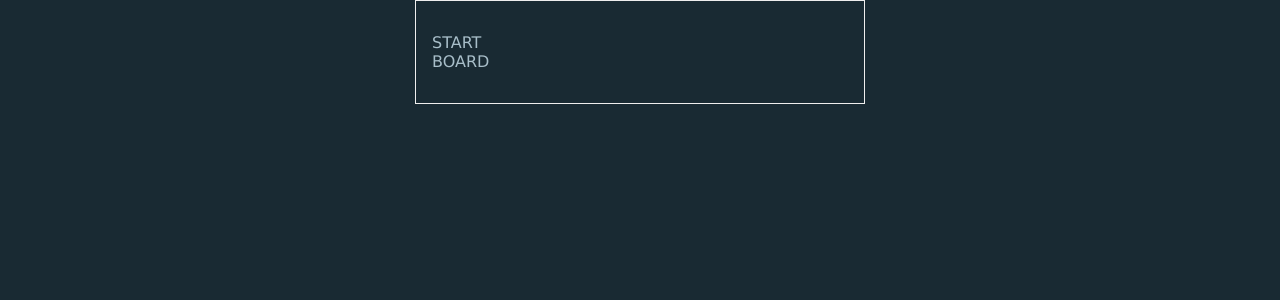
Repository: SD-Mdouka/XO_GAME
Page: /
The author's editor kept a copy of each file at every save. The page is drawn from the files as they stood at one save, then again after the next save.
The browser window is 1280 px wide. The pictures show the whole page.
The project was rebuilt for these pictures with package versions that can differ from the ones it lists, and the page was loaded fresh each time.

Above is the page before, as saved 2022-08-29 13:30:56.

### src/index.css
* {
    padding: 0;
    margin: 0;
    box-sizing: border-box;
}

:root {
    --color-bg-dark: #192a33;
    --color-bg-light: #1f3640;
    --color-gray: #a8bec9;
    --color-gray-dark: #7a8991;
    --color-yellow: #f2b238;
    --color-yellow-dark: #cd8d16;
    --color-blue: #30c4be;
    --color-blue-dark: #128c89;
}

html {
    font-family: "Lucida Sans", "Lucida Sans Regular", "Lucida Grande", "Lucida Sans Unicode", Geneva, Verdana, sans-serif;
    text-transform: uppercase;
    font-size: 16px;
}

body {
    background-color: var(--color-bg-dark);
    color: var(--color-gray);
}

.App {
    background-color: #021620;
    min-height: auto;
}

.container {
    max-width: 450px;
    width: 100%;
    margin-inline: auto;
    border: 1px solid #eee;
    padding: 2rem 1rem;
}

### src/App.js
import Board from "./component/board/Board";
import Start from "./component/start/Start";

function App() {
  return (
    <div className="container">
      <Start />
      <Board />
    </div>
  );
}

export default App;

### src/component/start/Start.js
import React from 'react'

const Start = () => {
  return (
    <div>Start</div>
  )
}

export default Start

Loaded but not shown: public/index.html (common file); src/index.js (common file); src/component/board/Board.js (common file)

After the next save:
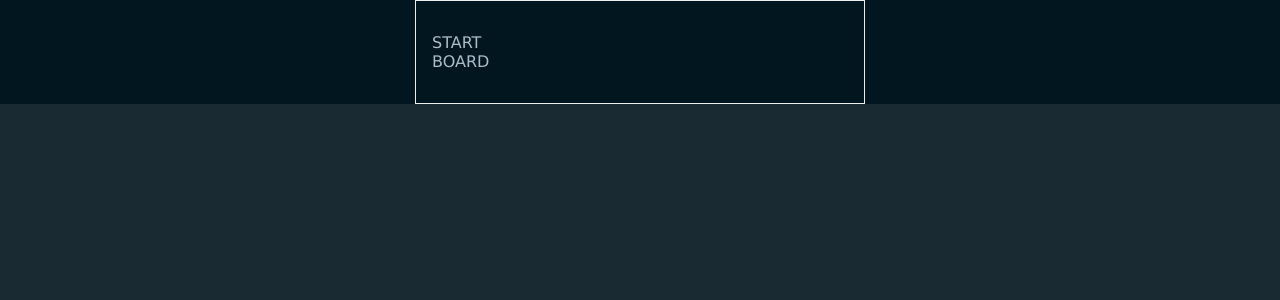
Saved 9 s later.
--- a/src/App.js
+++ b/src/App.js
@@ -3,9 +3,11 @@ import Start from "./component/start/Start";
 
 function App() {
   return (
-    <div className="container">
-      <Start />
-      <Board />
+    <div className="App">
+      <div className="container">
+        <Start />
+        <Board />
+      </div>
     </div>
   );
 }
